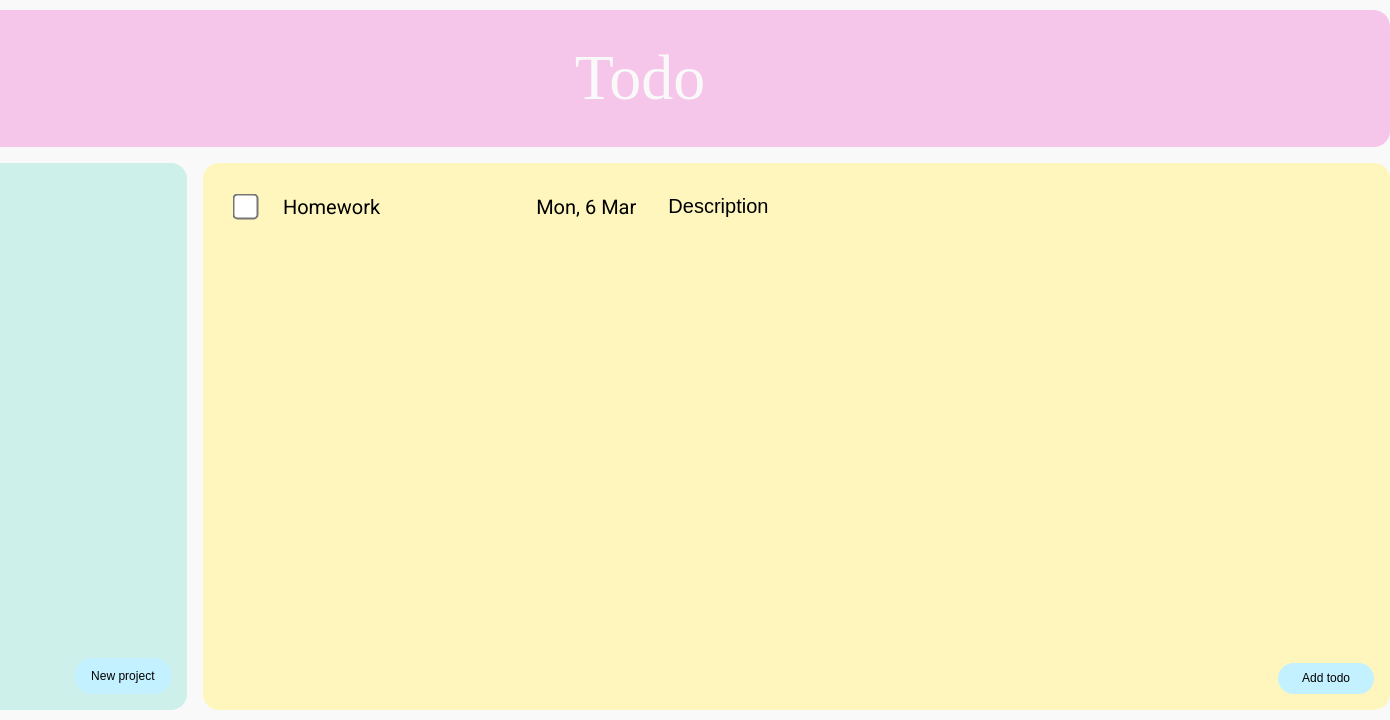
Repository: yeetzpxoci/todo-list
Page: dist/index.html
These files come from the project's save history. The page is drawn as it stood at one moment and after the next save; the edit follows.
The browser window is 1280 px wide. The page is 1390 px wide, so the pictures cover 1390 px, including what lies to the right of the window. The pictures show the whole page.
Some web fonts or font styles are not loaded; a fallback is used.

Above is the page before, as saved 2023-03-07 20:40:43.
Console error: ReferenceError: projectNameSubmit is not defined

### dist/index.html
<!DOCTYPE html>
<html lang="en">
<head>
    <meta charset="UTF-8">
    <meta http-equiv="X-UA-Compatible" content="IE=edge">
    <meta name="viewport" content="width=device-width, initial-scale=1.0">
    <title>Todo List</title>
    <link rel="stylesheet" href="styles.css">
    <link rel="preconnect" href="https://fonts.googleapis.com">
    <link rel="preconnect" href="https://fonts.gstatic.com" crossorigin>
    <link href="https://fonts.googleapis.com/css2?family=Tilt+Warp&display=swap" rel="stylesheet">
    <link href="https://fonts.googleapis.com/css2?family=Roboto&family=Tilt+Warp&display=swap" rel="stylesheet">
</head>
<body>

<script src="main.js"></script>
</body>
</html>

### dist/styles.css
body, html {
    margin:0;
    padding: 0;
}

body {
    min-height: 100vh;
    display: flex;
    flex-direction: column;
    justify-content: center;
    align-items: center;
    font-family: 'Roboto';
    background-color: #F9F9F9;
}

p {
    margin: 0;
    padding: 0;
}

#content {
    width: 1500px;
    height: 700px;
    display: grid;
    grid-template-columns: 1fr 4fr;
    grid-template-rows: 1fr 4fr;
    background-color: #F9F9F9;
    z-index: 0;
    overflow: hidden;
    border-radius: 16px;
    gap: 16px;
}

#header {
    display: flex;
    justify-content: center;
    align-items: center;
    background-color: #F6C6EA;
    font-size: 64px;
    font-family: 'Tilt Warp', cursive;
    grid-column: 1 / 3;
    grid-row: 1 / 2;
    z-index: 1;
    border-radius: 16px;
}

#header p {
    margin: 24px;
    padding: 0;
    color: #F9F9F9;
}

#sidebar {
    display: flex;
    flex-direction: column;
    background-color: #CDF0EA;
    grid-column: 1 / 2;
    grid-row: 2 / 3;
    z-index: -1;
    border-radius: 16px;
}

#projects-div {
    display: flex;
    flex-direction: column;
    width: 100%;
}

#add-project {
    align-self: flex-end;
    border-radius: 16px;
    border-width: 0;
    height: 36px;
    width: 96px;
    font-size: 12px;
    margin-top: auto;
    margin-right: 16px;
    margin-bottom: 16px;
    background-color: #c3f1ff;
    cursor: pointer;
}

#add-todo {
    align-self: flex-end;
    border-radius: 16px;
    border-width: 0;
    height: 36px;
    width: 96px;
    font-size: 12px;
    margin-top: auto;
    margin-bottom: 16px;
    margin-right: 16px;
    background-color: #c3f1ff;
    cursor: pointer;
}

.project-name {
    font-size: 32px;
    font-weight: bold;
    cursor: pointer;
    margin: 0;
    padding: 0;
}

.project-div {
    display: flex;
    justify-content: space-between;
    align-items: center;
    padding: 16px;
}

.project-remove-button {
    background-color: transparent;
    border-radius: 8px;
    border-width: 0px;
    font-weight: bold;
    font-size: 32px;
    cursor: pointer;
}

#todos-wrapper {
    display: flex;
    flex-direction: column;
    gap: 16px;
    background-color: #FFF6BD;
    border-radius: 16px;
}

#todos {
    height: 100%;
    display: grid;
    grid-template-columns: 1fr 1fr;
    grid-auto-rows: 20%;
    column-gap: 16px;
    padding-left: 16px;
    padding-right: 16px;
    margin-top: 16px;
    overflow: scroll;
}

.todo, .todo-high, .todo-medium, .todo-low {
    display: flex;
    justify-content: space-between;
    align-items: center;
    height: 60%;
    border-radius: 16px;
    padding-left: 16px;
    padding-right: 16px;
    font-size: 20px;
}

.todo-high {
    background-color: #FFCBCB;
}

.todo-medium {
    background-color: #FFFDDE;
}

.todo-low {
    background-color: #E7FBBE;
}

.due {
    padding-left: 128px;
}

.checkbox {
    transform: scale(2);
}

.description {
    background-color: #caf1ff;
    border-radius: 16px;
    border-width: 0px;
    font-size: 20px;
    padding: 4px;
    cursor: pointer;
    background-color: transparent;
}

#description-div {
    display: none;
    flex-direction: column;
    flex-wrap: wrap;
    background-color: #F9F9F9;
    width: 25%;
    height: 40%;
    border-radius: 16px;
    padding: 16px;
    position: absolute;
    margin-left: auto;
    margin-right: auto;
    left: 0;
    right: 0;
    z-index: 2;
    box-shadow: 0 0 0 1600px rgba(0, 0, 0, 0.65);
}

#description-text {
    justify-content: baseline;
}

#close-button {
    margin-top: -8px;
    margin-right: -8px;
    font-weight: bold;
    width: 24px;
    height: 24px;
    align-self: flex-end;
    background-color: transparent;
    border: transparent;
    cursor: pointer;
}

#new-project-form {
    display: none;
    flex-direction: column;
    align-items: center;
    gap: 8px;
    flex-wrap: wrap;
    background-color: #F9F9F9;
    width: 20%;
    height: 10%;
    border-radius: 16px;
    padding: 16px;
    position: absolute;
    margin-left: auto;
    margin-right: auto;
    left: 0;
    right: 0;
    top: 256px;
    z-index: 2;
    box-shadow: 0 0 0 1600px rgba(0, 0, 0, 0.65);
}

#new-todo-form {
    display: none;
    flex-direction: column;
    align-items: center;
    gap: 8px;
    flex-wrap: wrap;
    background-color: #F9F9F9;
    width: 20%;
    height: 20%;
    border-radius: 16px;
    padding: 16px;
    position: absolute;
    margin-left: auto;
    margin-right: auto;
    left: 0;
    right: 0;
    top: 256px;
    z-index: 2;
    box-shadow: 0 0 0 1600px rgba(0, 0, 0, 0.65);
}

### dist/main.js
(()=>{"use strict";let e=[];function t(e){return{name:e,todos:[]}}let n=t("Default");function o(){for(let e=0;e<projects.length;e++){const t=document.createElement("p");t.className="project-name",t.innerHTML=projects[e].name,sidebarDiv.append(t)}}function c(){sidebarDiv.innerHTML=""}n.todos.push({title:"Homework",description:"Networks and Security bTCP Homework",dueDate:"Mon, 6 Mar",priority:"High"}),e.push(n),function(e){const t=document.createElement("div");t.id="content";const n=document.createElement("div");n.id="header";const d=document.createElement("p");d.innerHTML="Todo",n.append(d);const i=document.createElement("div");i.id="sidebar";const a=document.createElement("button");a.id="add-project",a.innerHTML="New project",a.addEventListener("click",(function(){document.getElementById("new-project-form").style.display="flex"})),i.append(a);const s=document.createElement("div");s.id="todos-wrapper";const r=document.createElement("div");r.id="todos";const m=document.createElement("button");m.id="add-todo",m.innerHTML="Add todo",s.append(r,m);const l=document.createElement("button");l.id="close-button",l.innerHTML="X",l.addEventListener("click",(function(){this.parentElement.style.display="none"}));for(let t=0;t<e[0].todos.length;t++){const n=document.createElement("div");n.className="todo";const o=document.createElement("input");o.className="checkbox",o.type="checkbox";const c=document.createElement("p");c.innerHTML=e[0].todos[t].title,c.className="todo-name";const d=document.createElement("p");d.innerHTML=e[0].todos[t].dueDate,d.className="due";const i=document.createElement("p");i.id="description-text",i.innerHTML=e[0].todos[t].description;const a=l.cloneNode(!0);a.addEventListener("click",(function(){this.parentElement.style.display="none"}));const s=document.createElement("div");s.id="description-div",s.append(a,i);const m=document.createElement("button");m.innerHTML="Description",m.className="description",m.addEventListener("click",(function(){this.previousElementSibling.style.display="flex"})),n.append(o,c,d,s,m),r.append(n)}const p=document.createElement("form");p.id="new-project-form",p.onsubmit=function(e){e.preventDefault()};const u=document.createElement("input");u.id="project-name-input",u.type="text",u.placeholder="Project name";const E=document.createElement("input");E.type="submit",E.value="Add project",E.addEventListener("click",(function(){c(),o(),this.parentElement.style.display="none"})),p.append(l,u,E),t.append(n,i,s,p),document.body.appendChild(t)}(e),projectNameSubmit.addEventListener("click",(function(){!function(n){let o=t(document.getElementById("project-name-input").value);e.push(o)}(),sidebarDiv.innerHTML="",function(){for(let t=0;t<e.length;t++){const n=document.createElement("p");n.className="project-name",n.innerHTML=e[t].name,sidebarDiv.append(n)}}(),this.parentElement.style.display="none"}))})();

After the next save:
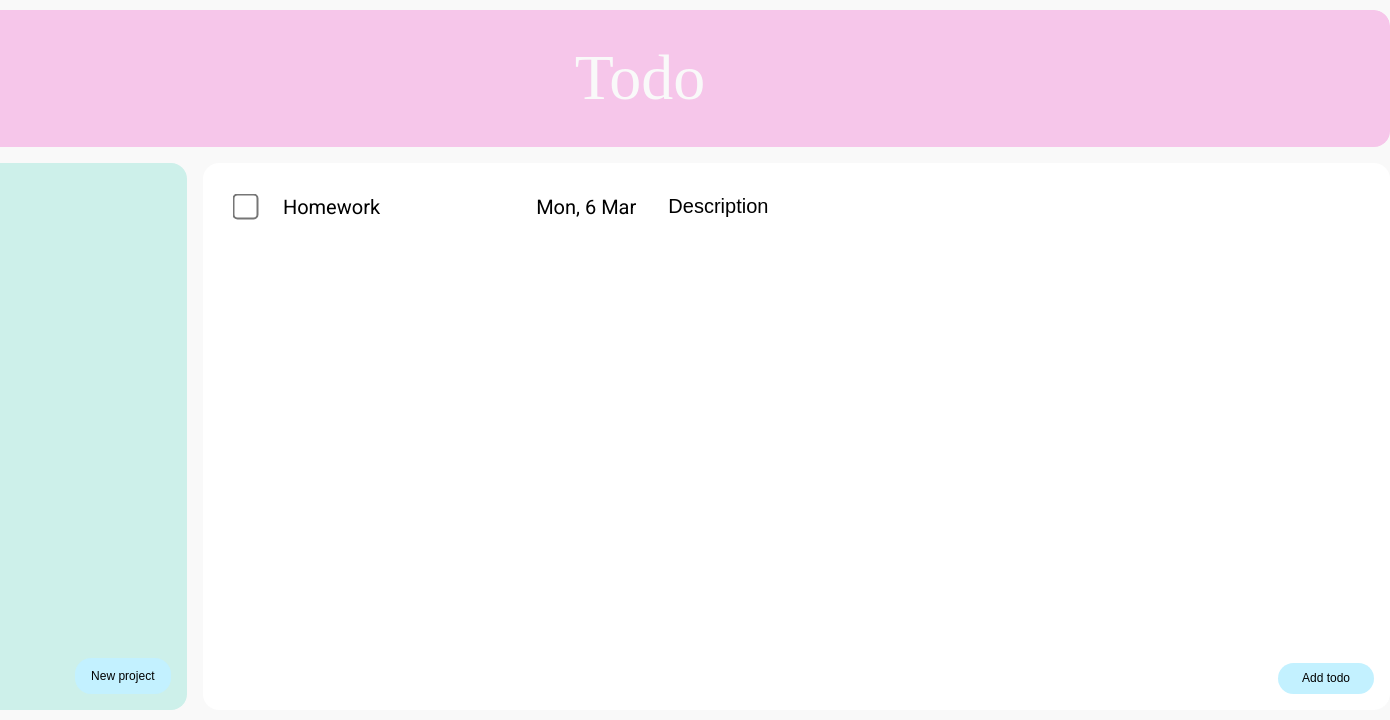
Saved 27 s later.
--- a/dist/styles.css
+++ b/dist/styles.css
@@ -122,7 +122,7 @@ p {
     display: flex;
     flex-direction: column;
     gap: 16px;
-    background-color: #FFF6BD;
+    background-color: #FFFFFF;
     border-radius: 16px;
 }
 
